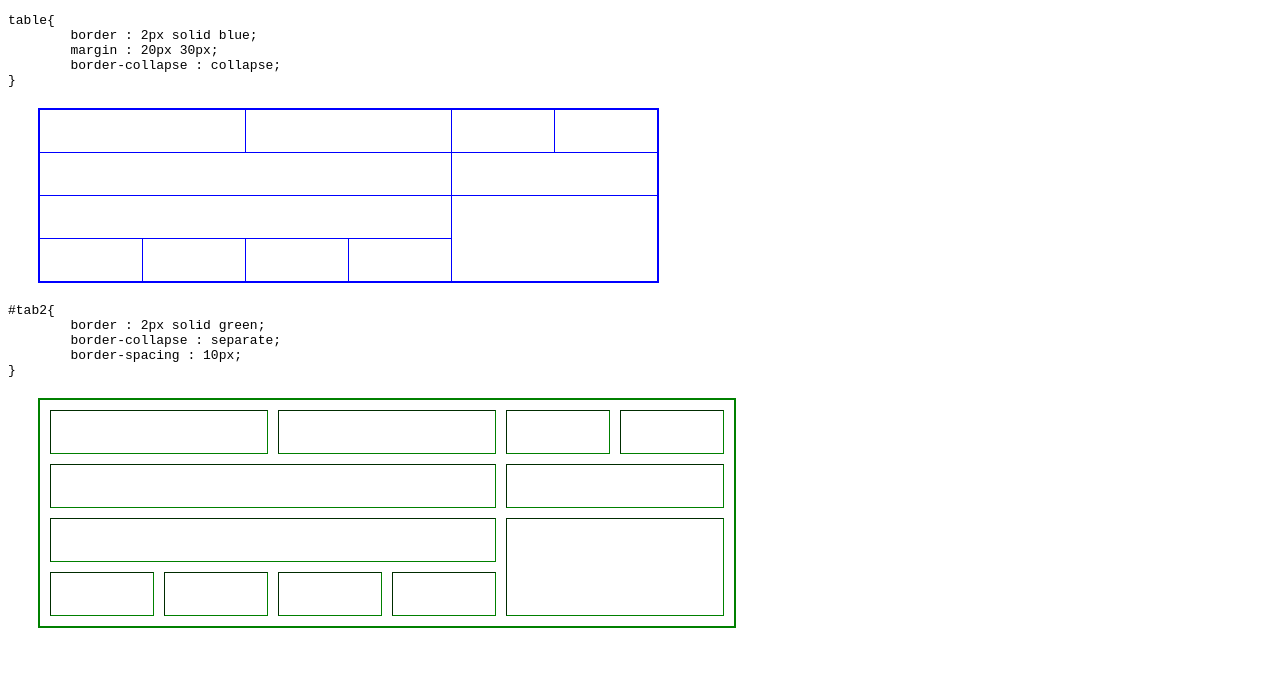
Repository: yul3220/WebProgrammingLecture
Page: webpro/WebContent/2021-01-06/테이블병합.html
The author's editor kept a copy of each file at every save. The page is drawn from the files as they stood at one save, then again after the next save.
The browser window is 1280 px wide. The pictures show the whole page.

Above is the page before, as saved 2021-01-06 00:33:41.

### webpro/WebContent/2021-01-06/테이블병합.html
<!DOCTYPE html>
<html>
<head>
<meta charset="UTF-8">
<title>테이블 연습2</title>
<style>
table{
	border : 2px solid blue;
	margin : 20px 30px;
	border-collapse : collapse;
	/*border-collapse : border때문에 두줄처럼 보이는 부분을 한줄로 보이게끔 할 수 있음
	   기본값은 separate이다. => 두줄처럼 보이는 것
	*/

	/*
	border-width : 3px;
	border-syle : double;
	border-color : red;

	border-top: width, style, color;
	border-bottom : width, style, color;
	border-left : width, style, color;
	bordrt-right : width, style, color;
	=> 각각줄때는 3가지의 내용이 다 내용에 들어가야한다.

	border-top-width : 2px;
	border-top-style : solid;
	border-top-color : red;
	=> 각각지정해주는 경우는 하나씩 입력
	*/
}
 td{
 	width : 100px;
 	height : 40px;
 }
 #tab2{
	border : 2px solid green;
	border-collapse : separate;
	border-spacing : 10px;
}
</style>
</head>
<body>
<pre>
table{
	border : 2px solid blue;
	margin : 20px 30px;
	border-collapse : collapse;
}
</pre>
<table border = "1">
  <tr>
  	<td colspan = "2"></td>
  	<td colspan = "2"></td>
  	<td></td>
  	<td></td>
  </tr>

  <tr>
  	<td colspan = "4"></td>
  	<td colspan = "2"></td>
  </tr>

  <tr>
  	<td colspan = "4"></td>
  	<td colspan = "2" rowspan = "2"></td>
  </tr>

  <tr>
    <td></td>
  	<td></td>
  	<td></td>
  	<td></td>
  </tr>
</table>

<pre>
#tab2{
	border : 2px solid green;
	border-collapse : separate;
	border-spacing : 10px;
}
</pre>
<table id ="tab2" border = "1">
  <tr>
  	<td colspan = "2"></td>
  	<td colspan = "2"></td>
  	<td></td>
  	<td></td>
  </tr>

  <tr>
  	<td colspan = "4"></td>
  	<td colspan = "2"></td>
  </tr>

  <tr>
  	<td colspan = "4"></td>
  	<td colspan = "2" rowspan = "2"></td>
  </tr>

  <tr>
    <td></td>
  	<td></td>
  	<td></td>
  	<td></td>
  </tr>
</table>
</body>
</html>

### webpro/WebContent/css/public.css
@CHARSET "UTF-8";
pre{
	background-color : #c4f4f2;
	font-size : 14px;
	white-space: pre-wrap;

	/*
	   pre : 공백은 그대로 줄바꿈이 되지 않는다.
	   pre-wrap : 공백은 그대로 줄바꿈이 된다.
	   pre-line : 공백을 여러개 줘도 공백은 하나만 표시  줄바꿈된다.
	   nowrap : 공백을 여러개 줘도 공백은 하나만 표시 줄바꿈되지 않는다.

	*/
}

div.box {
	width : 100%;
	height : auto;
	margin : 10px;
	padding : 10px;
	border : 1px solid blue;
	background : #faf5f1;
}

.box input[type=button]{
    width : 90px;
    height: 30px;
    background: blue;
    color : white;
    padding : 5px 10px;
    border-radius: 10px;
    font-weight: bold;
	text-align: center;
}

.box div{
    width : 80%;
    height : auto;
    padding : 10px;
 	border : 3px dotted #00ffeb;
    margin : 20px;
}

After the next save:
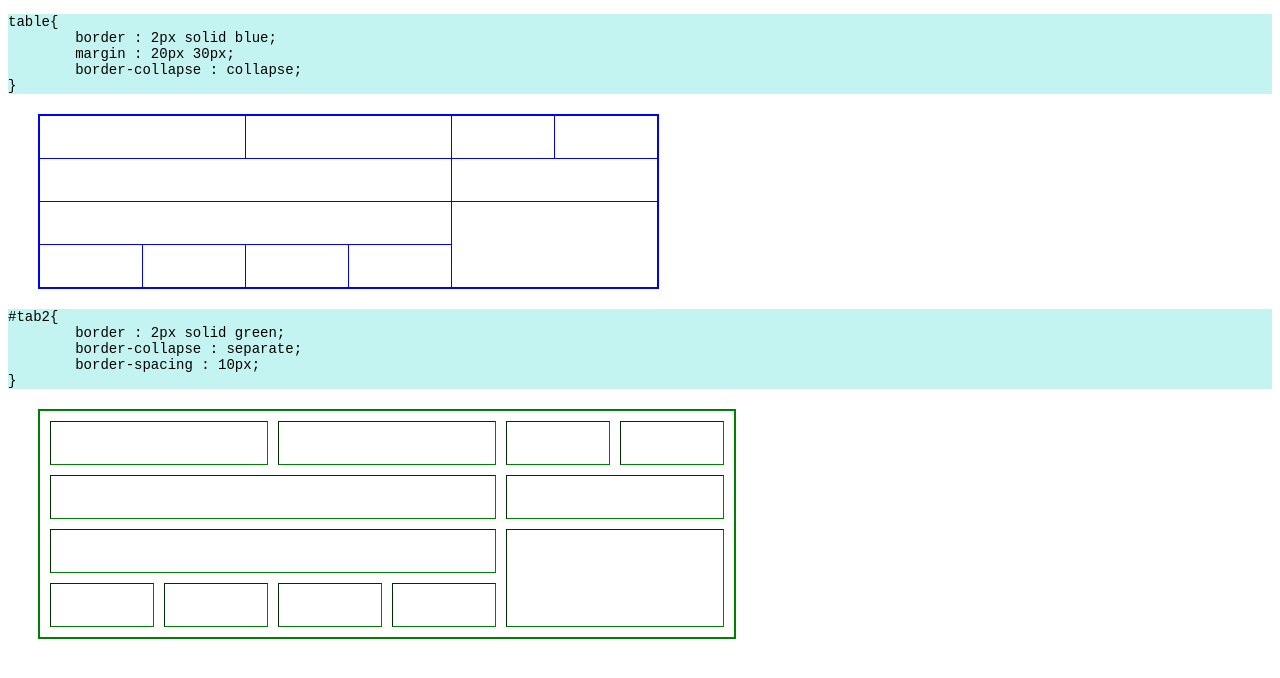
Saved 75 s later.
--- a/webpro/WebContent/2021-01-06/테이블병합.html
+++ b/webpro/WebContent/2021-01-06/테이블병합.html
@@ -3,7 +3,8 @@
 <head>
 <meta charset="UTF-8">
 <title>테이블 연습2</title>
-<style>
+<link rel = "stylesheet" href ="../css/public.css" type = "text/css">
+<style type="text/css">
 table{
 	border : 2px solid blue;
 	margin : 20px 30px;

After the save that followed:
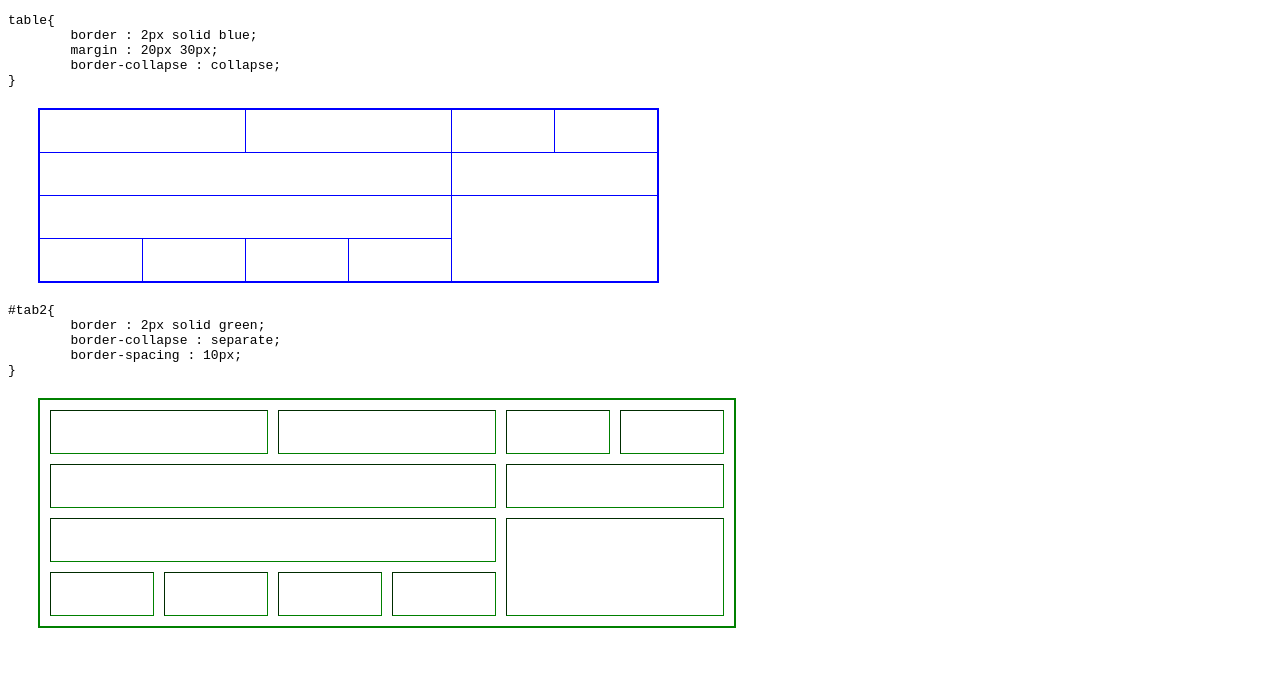
Saved 4 min 37 s later.
--- a/webpro/WebContent/2021-01-06/테이블병합.html
+++ b/webpro/WebContent/2021-01-06/테이블병합.html
@@ -3,7 +3,7 @@
 <head>
 <meta charset="UTF-8">
 <title>테이블 연습2</title>
-<link rel = "stylesheet" href ="../css/public.css" type = "text/css">
+<link rel = "stylesheet" href ="../css/public.css" type = "text/stylesheet">
 <style type="text/css">
 table{
 	border : 2px solid blue;
